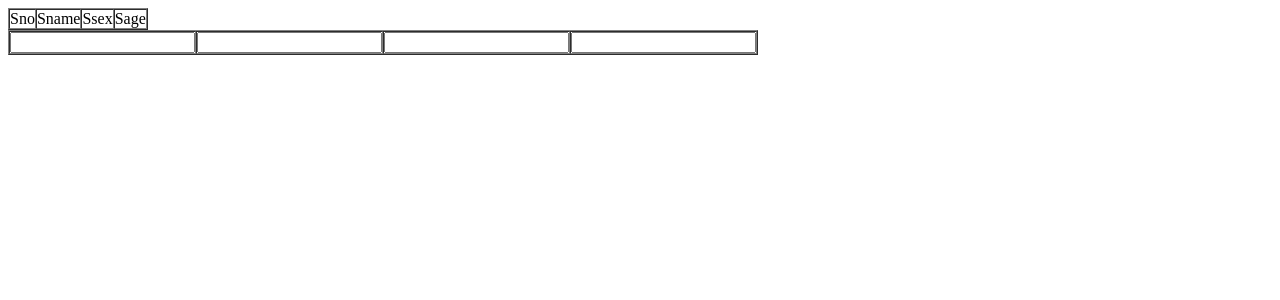
Repository: YuHaoXiang/Yhx
Page: http://localhost/StudentMsg/add.jsp
These files come from the project's save history. The page is drawn as it stood at one moment and after the next save; the edit follows.
The browser window is 1280 px wide. The pictures show the whole page.
The page is served by Tomcat 9. Other server files are loaded and not shown.

Above is the page before, as saved 2016-03-03 10:33:45.

### StudentMsg/WebContent/add.jsp
<%@ page language="java" contentType="text/html; charset=ISO-8859-1"
    pageEncoding="ISO-8859-1"%>
<!DOCTYPE html PUBLIC "-//W3C//DTD HTML 4.01 Transitional//EN" "http://www.w3.org/TR/html4/loose.dtd">
<html>
<head>
<meta http-equiv="Content-Type" content="text/html; charset=ISO-8859-1">
<title>Insert title here</title>
</head>
<body>
<table border="1" cellspacing="0" cellpadding="0" >
<tr>
	<td  align="center">Sno</td>
	<td  align="center">Sname</td>
	<td  align="center">Ssex</td>
	<td  align="center">Sage</td>
</tr>
</table>
<table border="1" cellspacing="0" cellpadding="0" >
<tr>
	<td  align="center"><input type="text" name="no"></td>
	<td  align="center"><input type="text" name="name"></td>
	<td  align="center"><input type="text" name="sex"></td>
	<td  align="center"><input type="text" name="age"></td>
</tr>
</table>
</body>
</html>

After the next save:
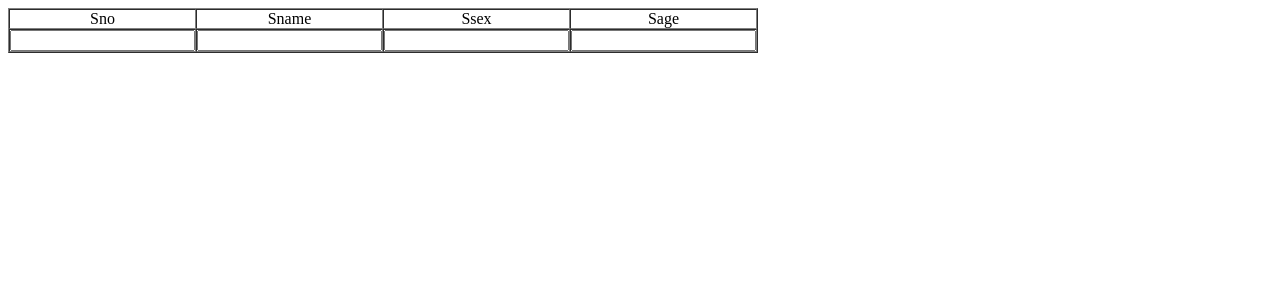
Saved 33 s later.
--- a/StudentMsg/WebContent/add.jsp
+++ b/StudentMsg/WebContent/add.jsp
@@ -14,8 +14,7 @@
 	<td  align="center">Ssex</td>
 	<td  align="center">Sage</td>
 </tr>
-</table>
-<table border="1" cellspacing="0" cellpadding="0" >
+
 <tr>
 	<td  align="center"><input type="text" name="no"></td>
 	<td  align="center"><input type="text" name="name"></td>
